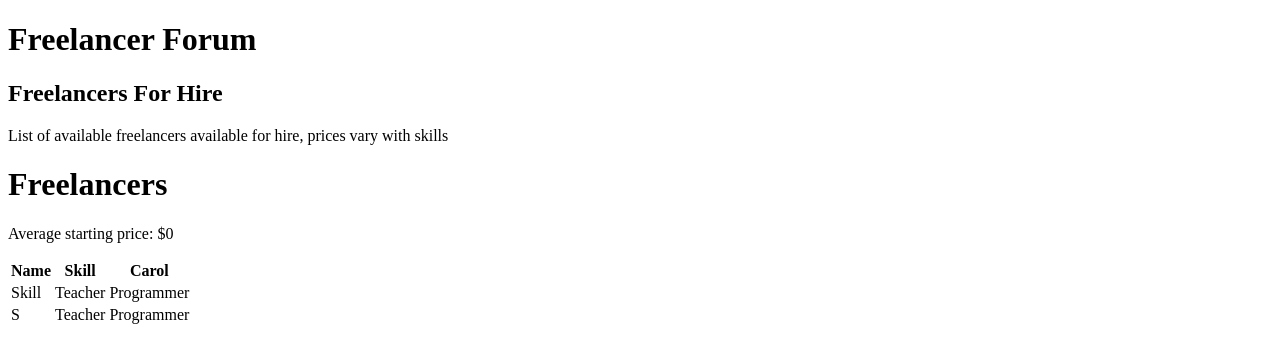
Repository: MelindaN14/Unit2.FreelancerForum
Page: forum/app.html
An editor plug-in stored every save of this project. The page is shown before and after a run of saves, followed by the edit.
The browser window is 1280 px wide. The pictures show the whole page.

Above is the page before, as saved 2024-04-10 21:17:38.

### forum/app.html
<!DOCTYPE html>
<html lang="en">
  <head>
    <meta charset="UTF-8" />
    <meta name="viewport" content="width=device-width, initial-scale=1.0" />
    <title>Document</title>
    <script src="app.js"></script>
  </head>
  <body>
    <h1>Freelancer Forum</h1>
    <h2>Freelancers For Hire</h2>
    <p>List of available freelancers available for hire, prices vary with skills</p>
    <h1>Freelancers</h1>
  <div id="Names">
    <!-- Freelancers added here -->
  </div>
  <p id="average-price">Average starting price: $0</p>

    <table id="freelancersList">
      <tr>
        <th>Name</th>
        <th>Skill</th>
        <th>Carol</th>
      </tr>
      <tr>
        <td>Skill</td>
        <td>Teacher</td>
        <td>Programmer</td>
      </tr>
       <tr>
   <td>S</td>
   <td>Teacher</td>
   <td>Programmer</td>
 </tr>
      </tr>
    </table>
  </body>
</html>
<!-- write out names of the freelancers and their respective jobs
put them into a table? they want a new freelancer to be added and appear every few seconds and the aver
starting price -->

### forum/app.js
//  Freelancers names, jot title and starting price
// A few seconds later more freelancers name should appear along with job/price
// must use DOM ? wth
function theFreelancers ()
{
    const freelancersList = document.getElementById('freelancersList');

}
const names = ['Alice', 'Bob', 'Carol', 'Julia', 'Emma',''];
const occupations = ['Writer', 'Teacher', 'Programmer', 'Housekeeping', 'Personal Asst.'];

// let freelancers = [{
    // name:
// }]

console.log('hey');

After the next 2 saves:
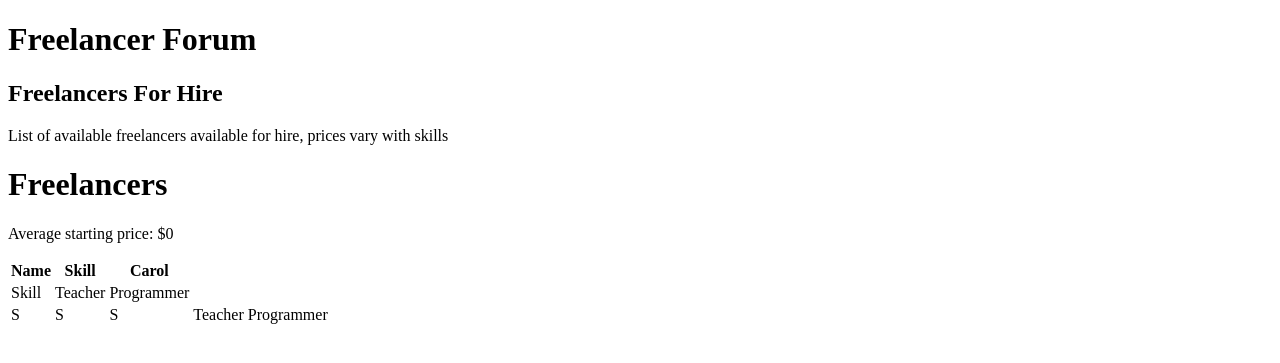
The 2 saves are shown as one change because they came seconds apart.
The last was saved 11 s later.
--- a/forum/app.html
+++ b/forum/app.html
@@ -29,6 +29,8 @@
       </tr>
        <tr>
    <td>S</td>
+   <td>S</td>
+   <td>S</td>
    <td>Teacher</td>
    <td>Programmer</td>
  </tr>
